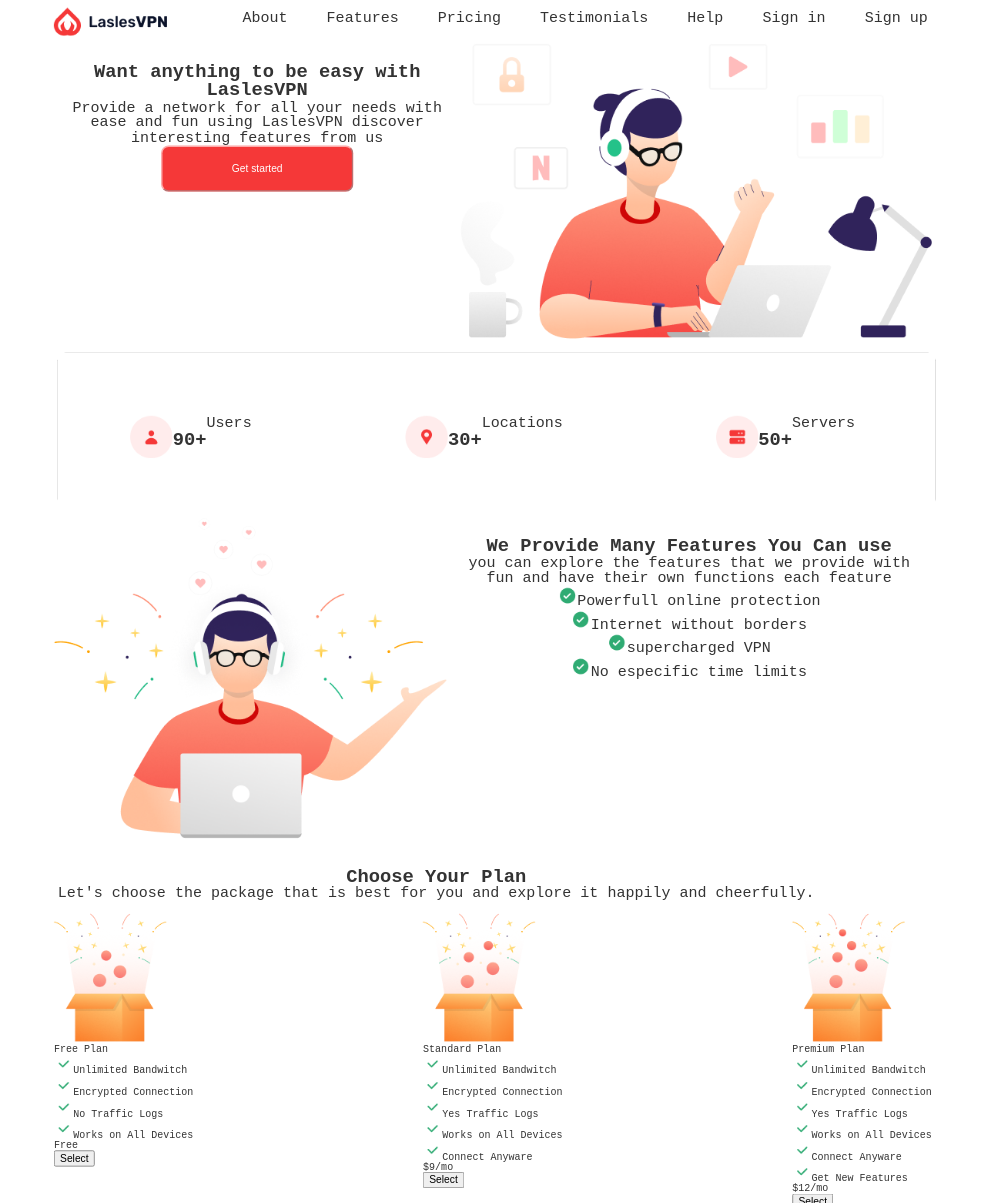
Repository: RaphaelMatheus-br/LP-251123
Page: index.html
These files come from the project's save history. The page is drawn as it stood at one moment and after the next save; the edit follows.
The browser window is 1280 px wide. The pictures show the whole page, at 77% of full size.

Above is the page before, as saved 2023-11-25 14:33:49.

### index.html
<!DOCTYPE html>
<html lang="en">

<head>
    <meta charset="UTF-8">
    <meta name="viewport" content="width=device-width, initial-scale=1.0">
    <title>Document</title>
    <link rel="stylesheet" href="style.css">
</head>

<body>

<section class="container flex">
    <header class="header">
        <img src="./imagens/Logo.png" alt="logo" class="logo">
	    <div class="item">About</div>
	    <div class="item">Features</div>
	    <div class="item">Pricing</div>
	    <div class="item">Testimonials</div>
	    <div class="item">Help</div>
	    <div class="item">Sign in</div>
        <div class="item">Sign up</div>
    </header>
</section>

<section class="container flex">
    <div class="item">
        <h1 class="sobre__titulo">Want anything to be easy with LaslesVPN</h1>
        <p class="sobre__descricao">Provide a network for all your needs with ease and fun using LaslesVPN discover interesting features from us</p>
        <button class="sobre__botao">Get started</button>
    </div>
    <div class="img">
        <img src="./imagens/Illustration 1.png" alt="ilutracao__1">
    </div>
</section>

<section class="container">
    <div class="item">
        <div class="rectangle">
            <div class="icons">
                <div class="user">
                    <img src="./imagens/user.png" alt="user__img">
                    <h1 class="sobre__user">90+</h1>
                    <p class="p__user">Users</p>
                </div>
                <div class="location">
                    <img src="./imagens/location.png" alt="location">
                    <h1 class="sobre__location">30+</h1>
                    <p class="p__location">Locations</p>
                </div>
                <div class="server">
                    <img src="./imagens/Server.png" alt="server">
                    <h1 class="sobre__server">50+</h1>
                    <p class="p__server">Servers</p>
                </div>
            </div>
        </div>
    </div>
</section>

<section class="container flex">
    <div class="img">
        <img src="./imagens/Illustration 2.png" alt="ilutracao__2">
    </div>

    <div class="item">
        <h1 class="sobre__titulo">We Provide Many Features You Can use</h1>
        <p class="sobre__descricao">you can explore the features that we provide with fun and have their own functions each feature</p>
        <ul class="list">
            <li><img src="./imagens/check.png" alt="check">Powerfull online protection</img></li>
            <li><img src="./imagens/check.png" alt="check">Internet without borders</img></li>
            <li><img src="./imagens/check.png" alt="check">supercharged VPN</img></li>
            <li><img src="./imagens/check.png" alt="check">No especific time limits</img></li>
        </ul>
    </div>
</section>

<section class="container flex" class="sessao__tres">
    <div class="item">
        <div class="choose__plan">
            <h1>Choose Your Plan</h1>
            <p>Let's choose the package that is best for you and explore it happily and cheerfully.</p>
        </div>
    </div>
</section>

<section class="container flex">

    <div class="free plan">
        <img src="./imagens/Free.png" alt="free">
        <h3>Free Plan</h3>
        <ul>
            <li><img src="./imagens/jam_check.png">Unlimited Bandwitch</li>
            <li><img src="./imagens/jam_check.png">Encrypted Connection</li>
            <li><img src="./imagens/jam_check.png">No Traffic Logs</li>
            <li><img src="./imagens/jam_check.png">Works on All Devices</li>
        </ul>
        <h2>Free</h2>
        <button class="price__botao">Select</button>
    </div>

    <div class="Standard plan">
        <img src="./imagens/Standard.png" alt="standard">
        <h3>Standard Plan</h3>
        <ul>
            <li><img src="./imagens/jam_check.png">Unlimited Bandwitch</li>
            <li><img src="./imagens/jam_check.png">Encrypted Connection</li>
            <li><img src="./imagens/jam_check.png">Yes Traffic Logs</li>
            <li><img src="./imagens/jam_check.png">Works on All Devices</li>
            <li><img src="./imagens/jam_check.png">Connect Anyware</li>
        </ul>
        <h2>$9/mo</h2>
        <button class="price__botao">Select</button>
    </div>

    <div class="Premium plan">
        <img src="./imagens/Premium.png" alt="premium">
        <h3>Premium Plan</h3>
        <ul>
            <li><img src="./imagens/jam_check.png">Unlimited Bandwitch</li>
            <li><img src="./imagens/jam_check.png">Encrypted Connection</li>
            <li><img src="./imagens/jam_check.png">Yes Traffic Logs</li>
            <li><img src="./imagens/jam_check.png">Works on All Devices</li>
            <li><img src="./imagens/jam_check.png">Connect Anyware</li>
            <li><img src="./imagens/jam_check.png">Get New Features</li>
        </ul>
        <h2>$12/mo</h2>
        <button class="price__botao">Select</button>
    </div>
</section>

</body>
</html>

### style.css
html, body, div, span, applet, object, iframe,
h1, h2, h3, h4, h5, h6, p, blockquote, pre,
a, abbr, acronym, address, big, cite, code,
del, dfn, em, img, ins, kbd, q, s, samp,
small, strike, strong, sub, sup, tt, var,
b, u, i, center,
dl, dt, dd, ol, ul, li,
fieldset, form, label, legend,
table, caption, tbody, tfoot, thead, tr, th, td,
article, aside, canvas, details, embed,
figure, figcaption, footer, header, hgroup,
menu, nav, output, ruby, section, summary,
time, mark, audio, video {
	margin: 0;
	padding: 0;
	border: 0;
	font-size: 100%;
	font: inherit;
	vertical-align: baseline;
    background: white;
}
/* HTML5 display-role reset for older browsers */
article, aside, details, figcaption, figure,
footer, header, hgroup, menu, nav, section {
	display: block;
}
body {
	line-height: 1;
}

ol, ul {
	list-style: none;
}
blockquote, q {
	quotes: none;
}
blockquote:before, blockquote:after,
q:before, q:after {
	content: '';
	content: none;
}
table {
	border-collapse: collapse;
	border-spacing: 0;
}

.container {
    max-width: 1140px;
    margin: 0 auto;
    position: relative;
    padding-top: 10px;
    display: flex;
    justify-content: space-between;
    flex: 1;
}

.header {
    display: flex;
    justify-content: space-between;
    flex: 1;
}

.logo {
    padding-right: 50px;
}
/* Flex Item */
.item {
	margin: 5px;
	text-align: center;
	font-size: 1.5em;
}

h1 {
	text-align: center;
	margin: 20px 0 0 0;
	font-size: 1.25em;
	font-weight: 700;
}

body {
	font-family: monospace;
	color: #333;
}

.row {
	display: flex;
}
.sobre__titulo {
    font-weight: 700;
}

.sobre__descricao {
font-weight: 300;
}

.sobre__botao {
width: 250px;
height: 60px;
flex-shrink: 0;
border-radius: 10px;
border-color: rgba(255, 193, 193, 0.842);
background: #F53838;
color: white;
}

.rectangle {
display: flex;
width: 1140px;
height: 200px;
flex-shrink: 0;
border-radius: 10px;
background: gray;
border-color: white;
justify-content: space-between;
}

.icons {
width: 100%;
height: 100%;
flex-shrink: 0;
display: flex;
align-items: center;
position: absolute;
max-width: 100%;
justify-content: space-around;
background-color: none;
}

.user {
display: flex;;
margin-right: 20px;
margin-left: 10px;
}

.location {
display: flex;;
margin-right: 20px;
margin-left: 10px;
}

.server {
display: flex;;
margin-right: 20px;
margin-left: 10px;
}

.item__dois {
    flex-direction: row-reverse;
}

.sessao__tres{
    background-color: grey;
    align-content: center;
    padding-top: 50px;
}

After the next save:
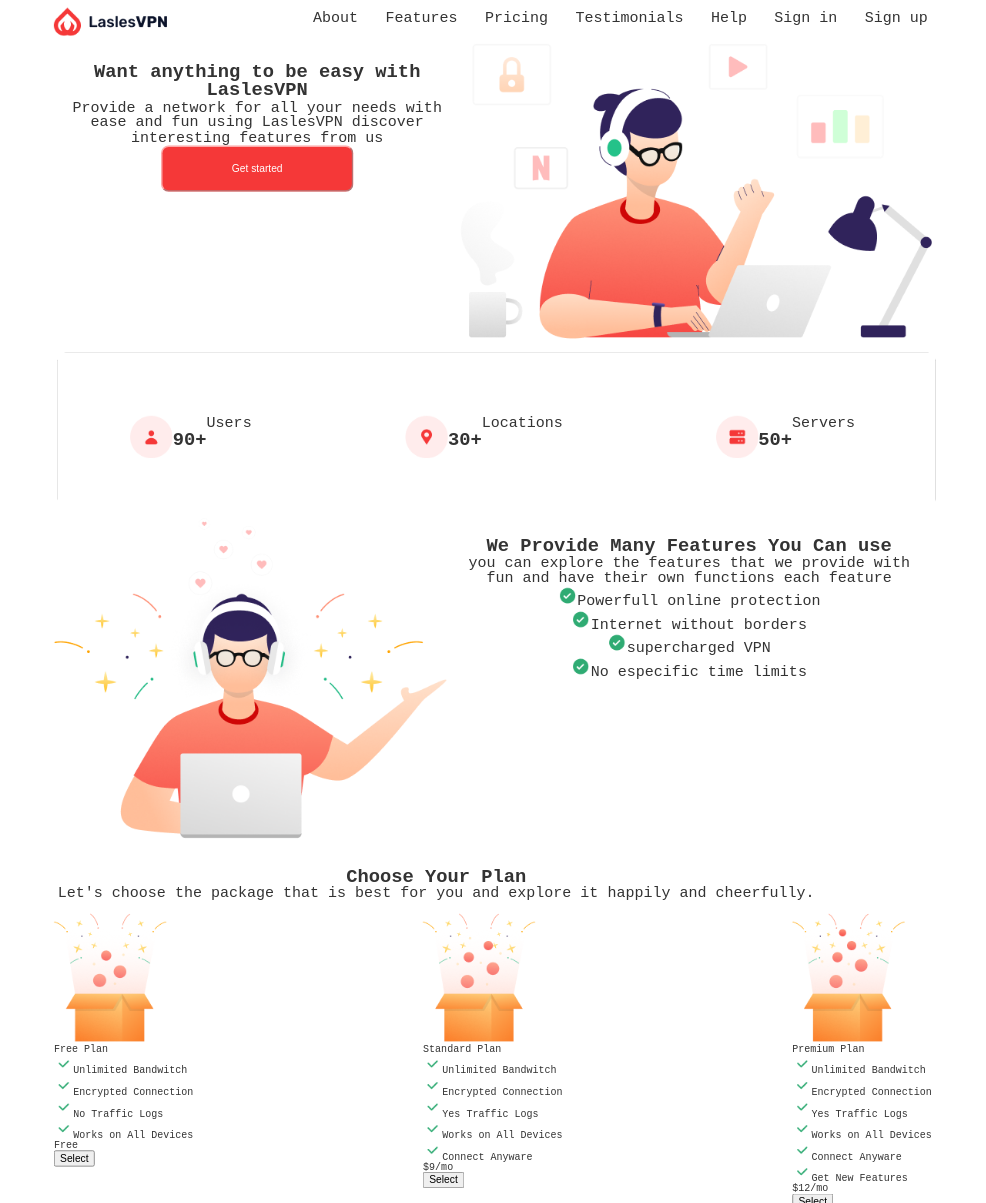
Saved 22 s later.
--- a/style.css
+++ b/style.css
@@ -61,7 +61,7 @@
 }
 
 .logo {
-    padding-right: 50px;
+    padding-right: 157px;
 }
 /* Flex Item */
 .item {
